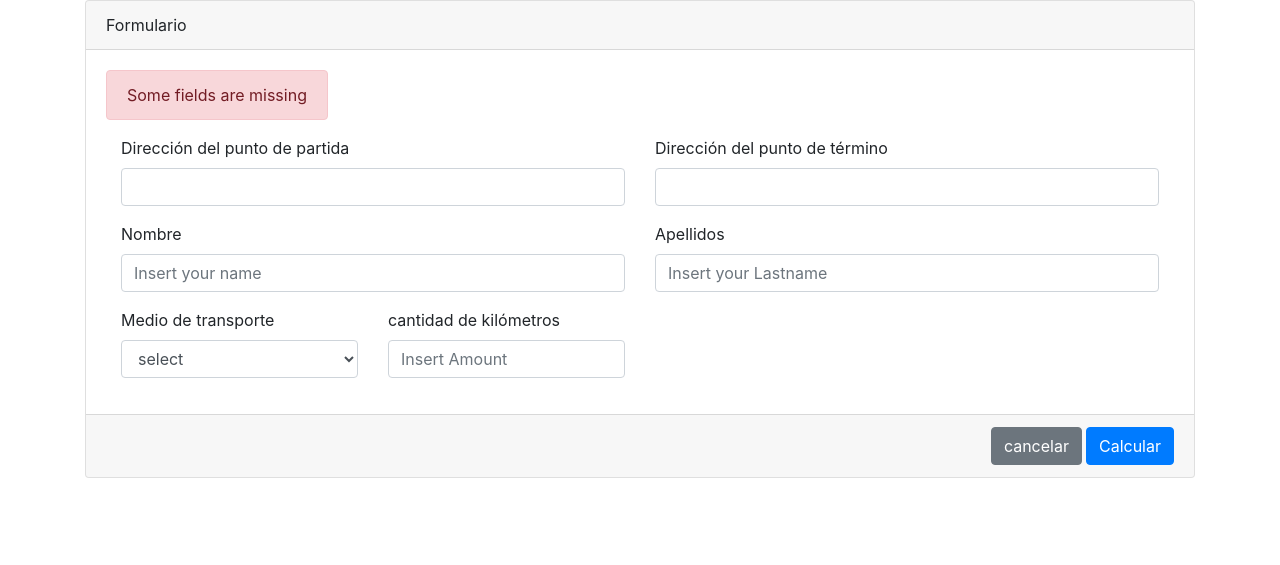
Repository: Jassan851031/foreachTask
Page: /
An editor plug-in stored every save of this project. The page is shown before and after the next save, followed by the edit.
The browser window is 1280 px wide. The pictures show the whole page.
The project was rebuilt for these pictures with package versions that can differ from the ones it lists, and the page was loaded fresh each time. Also part of the build but not shown: src/App.css.

Above is the page before, as saved 2020-03-23 13:39:51.

### src/index.js
import React from 'react';
import ReactDOM from 'react-dom';
import 'bootstrap/dist/css/bootstrap.min.css';
import 'font-awesome/css/font-awesome.min.css';
import './index.css';
import App from './App';
import * as serviceWorker from './serviceWorker';


 // Add js files
 import 'jquery';
 import 'popper.js';
 import 'bootstrap';

ReactDOM.render(
  <React.StrictMode>
    <App />
  </React.StrictMode>,
  document.getElementById('root')
);

// If you want your app to work offline and load faster, you can change
// unregister() to register() below. Note this comes with some pitfalls.
// Learn more about service workers: https://bit.ly/CRA-PWA
serviceWorker.unregister();

### src/App.js
import React from 'react';
import './App.css';

function App() {
  return (
    <div className="container">
      <div className="row">
        <div className="col-md-12">
          <form>
            <div className="card">
              <div className="card-header">
                Formulario
              </div>
              <div className="card-body">
                <div className="container">
                  <div className="row">
                    <div id="col-md-12">
                      <div className="alert alert-danger">
                        Some fields are missing
                      </div>
                    </div>
                  </div>
                  <div className="row">
                    <div className="col-md-6">
                      <div className="form-g roup">
                        <label className="form-label">Dirección del punto de partida</label>
                        <input type="text" id="no_card" className="form-control" />
                      </div>
                    </div>
                    <div className="col-md-6">
                      <div className="form-group">
                        <label className="form-label">Dirección del punto de término</label>
                        <input type="text" id="key" className="form-control" />
                      </div>
                    </div>
                  </div>
                  <div className="row">
                    <div className="col-md-6">
                      <div className="form-group">
                        <label className="form-label">Nombre</label>
                        <input type="text" id="nombre" className="form-control" placeholder="Insert your name" />
                      </div>
                    </div>
                    <div className="col-md-6">
                      <div className="form-group">
                        <label className="form-label">Apellidos</label>
                        <input type="text" id="apellidos" className="form-control" placeholder="Insert your Lastname" />
                      </div>
                    </div>
                  </div>
                  <div className="row">
                    <div className="col-md-3">
                      <div className="form-group">
                        <label className="form-label">Medio de transporte</label>
                        <select id="estado" className="form-control">
                          <option value="">select</option>
                          <option value="1"> option 1</option>
                          <option value="1"> option 2</option>
                          <option value="1"> option 3</option>
                          <option value="1"> option 4</option>
                        </select>
                      </div>
                    </div>
                    <div className="col-md-3">
                      <div className="form-group">
                        <label className="form-label">cantidad de kilómetros</label>
                        <input type="text" id="postal" className="form-control" placeholder="Insert Amount" />
                      </div>
                    </div>
                  </div>
                </div>
              </div>
              <div className="card-footer text-right">
                <button className="btn btn-secondary mr-1">cancelar</button>
                <button className="btn btn-primary">Calcular</button>
              </div>
            </div>
          </form>
        </div>
      </div>
    </div>
  );
}

export default App;

Loaded but not shown: public/index.html (common file); src/index.css (common file); src/serviceWorker.js (common file)

After the next save:
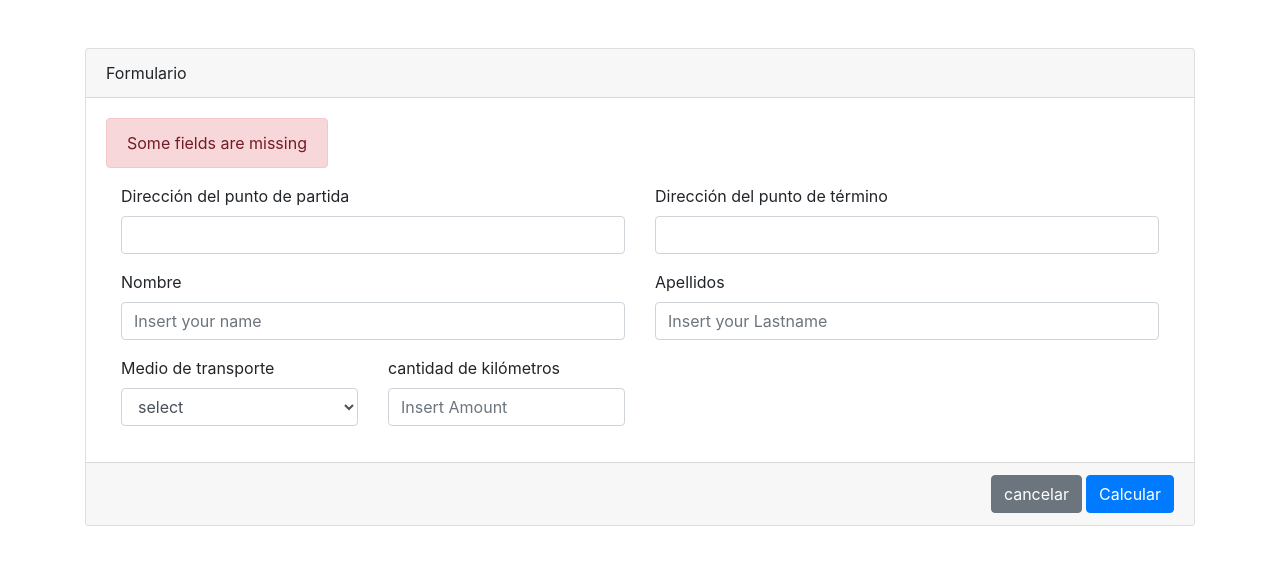
Saved 11 s later.
--- a/src/App.js
+++ b/src/App.js
@@ -3,7 +3,7 @@ import './App.css';
 
 function App() {
   return (
-    <div className="container">
+    <div className="container mt-5">
       <div className="row">
         <div className="col-md-12">
           <form>
